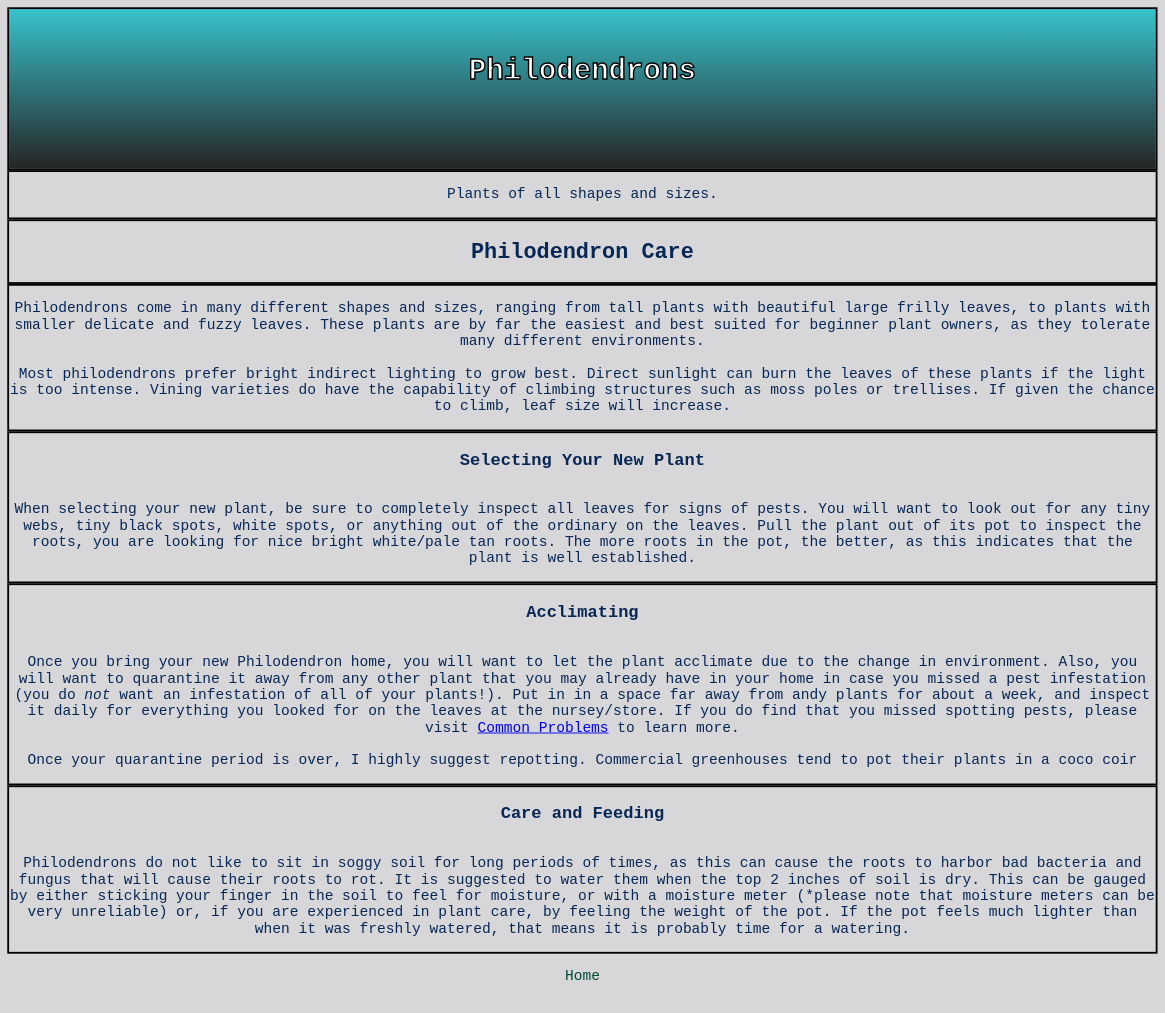
Repository: swillis91/odin-recipies
Page: Planty Page/philodendrons.html
An editor plug-in stored every save of this project. The page is shown before and after the next save, followed by the edit.
The browser window is 1280 px wide. The pictures show the whole page, at 91% of full size.

Above is the page before, as saved 2023-08-14 23:54:38.

### Planty Page/philodendrons.html
<!DOCTYPE html>
    <html>
        <head>
            <title>Calatheas</title>
            <link href="style.css" rel="stylesheet"
        </head>
        <body>
            <div class="Header">
            <h1 class="heading">Philodendrons</h1>
            </div>
            <div class="box">
              <p>Plants of all shapes and sizes.</p>
            </div>
            <div class="box">
            <h2 class="species">Philodendron Care</h2>
            </div>
            <div class="box">
                <p class="care">Philodendrons come in many different shapes and sizes, ranging from tall plants with beautiful large frilly leaves, to plants with smaller delicate and fuzzy leaves. These plants are by far the easiest and best suited for beginner plant owners, as they tolerate many different environments.
                <br>
                <br>
                Most philodendrons prefer bright indirect lighting to grow best. Direct sunlight can burn the leaves of these plants if the light is too intense. Vining varieties do have the capability of climbing structures such as moss poles or trellises. If given the chance to climb, leaf size will increase.</p>
            </div>
            <div class="box">
                <h3>Selecting Your New Plant</h3>
                <p>When selecting your new plant, be sure to completely inspect all leaves for signs of pests. You will want to look out for any tiny webs, tiny black spots, white spots, or anything out of the ordinary on the leaves. Pull the plant out of its pot to inspect the roots, you are looking for nice bright white/pale tan roots. The more roots in the pot, the better, as this indicates that the plant is well established.</p>
            </div>
            <div class="box">
                <h3>Acclimating</h3>
                <p>Once you bring your new Philodendron home, you will want to let the plant acclimate due to the change in environment. Also, you will want to quarantine it away from any other plant that you may already have in your home in case you missed a pest infestation (you do <em>not</em> want an infestation of all of your plants!). Put in in a space far away from andy plants for about a week, and inspect it daily for everything you looked for on the leaves at the nursey/store. If you do find that you missed spotting pests, please visit <a href='./problems'>Common Problems</a> to learn more.
                <br><br>
                Once your quarantine period is over, I highly suggest repotting. Commercial greenhouses tend to pot their plants in a coco coir </p>
            </div>
            <div class="box">
                <h3>Care and Feeding</h3>
                    <p>Philodendrons do not like to sit in soggy soil for long periods of times, as this can cause the roots to harbor bad bacteria and fungus that will cause their roots to rot. It is suggested to water them when the top 2 inches of soil is dry. This can be gauged by either sticking your finger in the soil to feel for moisture, or with a moisture meter (*please note that moisture meters can be very unreliable) or, if you are experienced in plant care, by feeling the weight of the pot. If the pot feels much lighter than when it was freshly watered, that means it is probably time for a watering.</p>
            </div>
              </p>
                <!--img src="./Images/makoyana.webp" id="calathea makoyana" width="700px"-->
            <footer>
                <nav>
                    <a href="./index.html" class="navigation">Home</a>

                </nav>
            </footer>
        </body>
    </html>

### Planty Page/style.css
body{
    background-color: rgb(215, 215, 217);
    color:rgb(8, 39, 85);
    text-align: center;
    font-family: 'Permanent Marker', cursive;
    font-family: 'Space Mono', monospace;
}

.heading{
    color: rgb(0, 0, 0);
    -webkit-text-fill-color: rgb(255, 255, 255);
    -webkit-text-stroke-width: 1.5px;
    -webkit-text-stroke-color: rgb(0, 0, 0);
    text-transform: capitalize;
    border: 2px solid rgb(0, 3, 3);
    background-image: linear-gradient(rgba(15, 189, 201, 0.795), rgba(0, 0, 0, 0.827));
    height: 75px;
    margin: 0 auto;
    padding:50px 20px;

}

div.box{
    border:2px solid black;
    display: flex;
    margin-left: auto;
    flex-direction:column;
    align-content: center;
}

#calathea-makoyana{
    width: 500px;
    Height: auto:
}

.navigation{
    color:rgb(1, 75, 56);
    text-decoration: none;
}

a:hover{
    color: rgb(20, 220, 2);
    background-color: rgb(5, 55, 1);
}

After the next save:
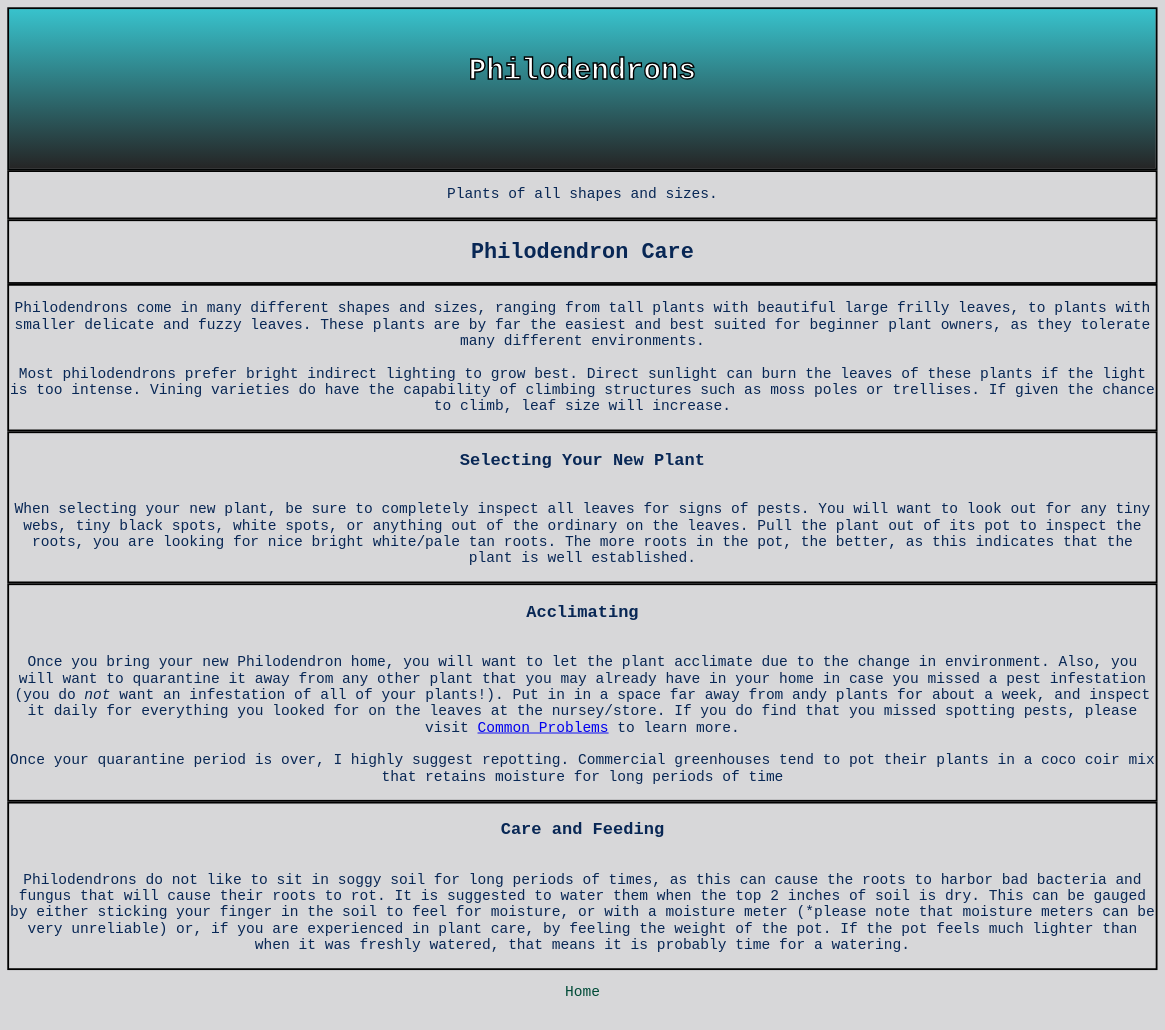
Saved 14 s later.
--- a/Planty Page/philodendrons.html
+++ b/Planty Page/philodendrons.html
@@ -28,7 +28,7 @@
                 <h3>Acclimating</h3>
                 <p>Once you bring your new Philodendron home, you will want to let the plant acclimate due to the change in environment. Also, you will want to quarantine it away from any other plant that you may already have in your home in case you missed a pest infestation (you do <em>not</em> want an infestation of all of your plants!). Put in in a space far away from andy plants for about a week, and inspect it daily for everything you looked for on the leaves at the nursey/store. If you do find that you missed spotting pests, please visit <a href='./problems'>Common Problems</a> to learn more.
                 <br><br>
-                Once your quarantine period is over, I highly suggest repotting. Commercial greenhouses tend to pot their plants in a coco coir </p>
+                Once your quarantine period is over, I highly suggest repotting. Commercial greenhouses tend to pot their plants in a coco coir mix that retains moisture for long periods of time</p>
             </div>
             <div class="box">
                 <h3>Care and Feeding</h3>
